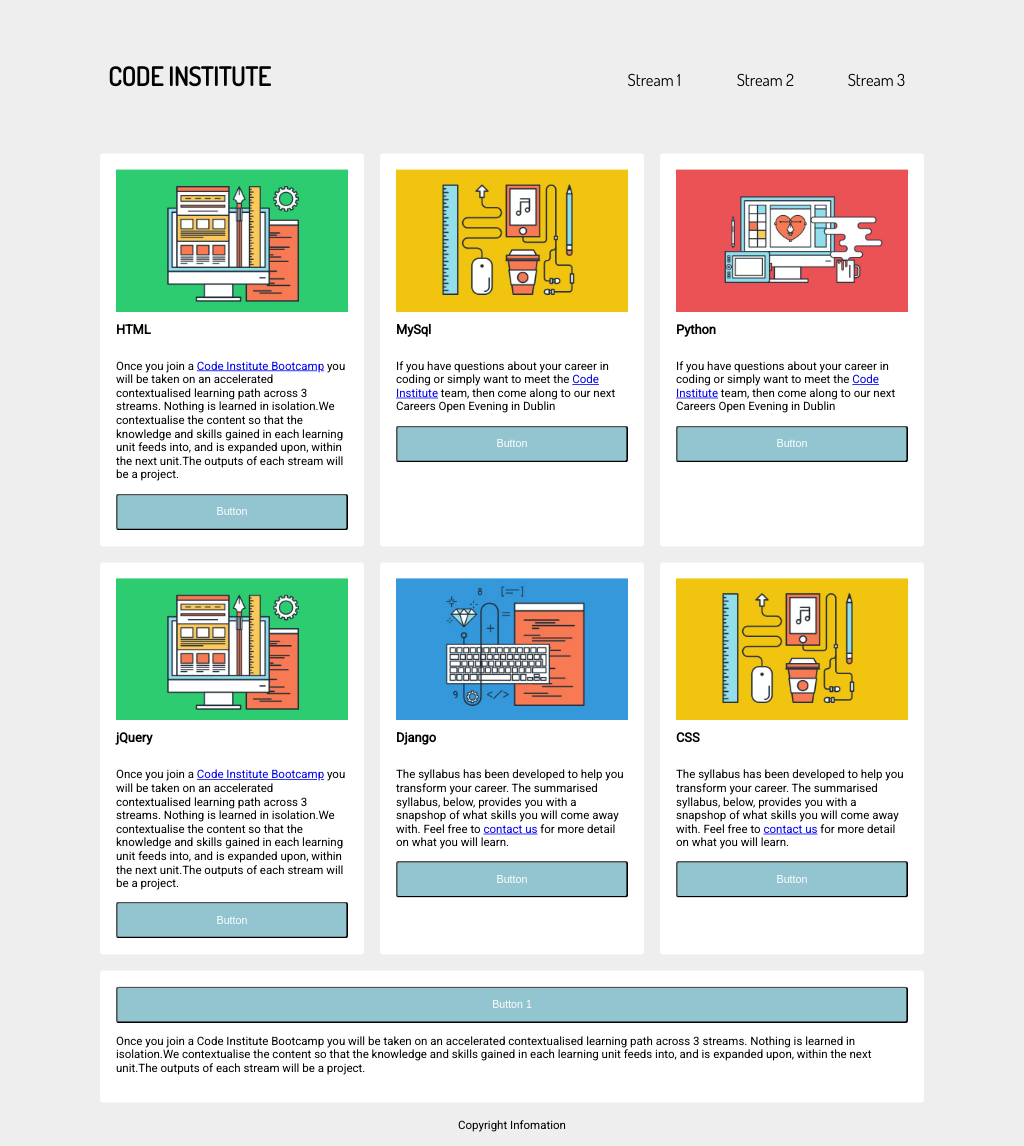
Repository: loosenthedark/CI_jquery-events
Page: Cards-jquery.html
The author's editor kept a record of every edit. The page is drawn from the files as they stood at one moment, then again after the next edit.
The browser window is 1280 px wide. The pictures show the whole page, at 80% of full size.
Some web libraries are served in a nearby version.

Above is the page before.

After the next edit:
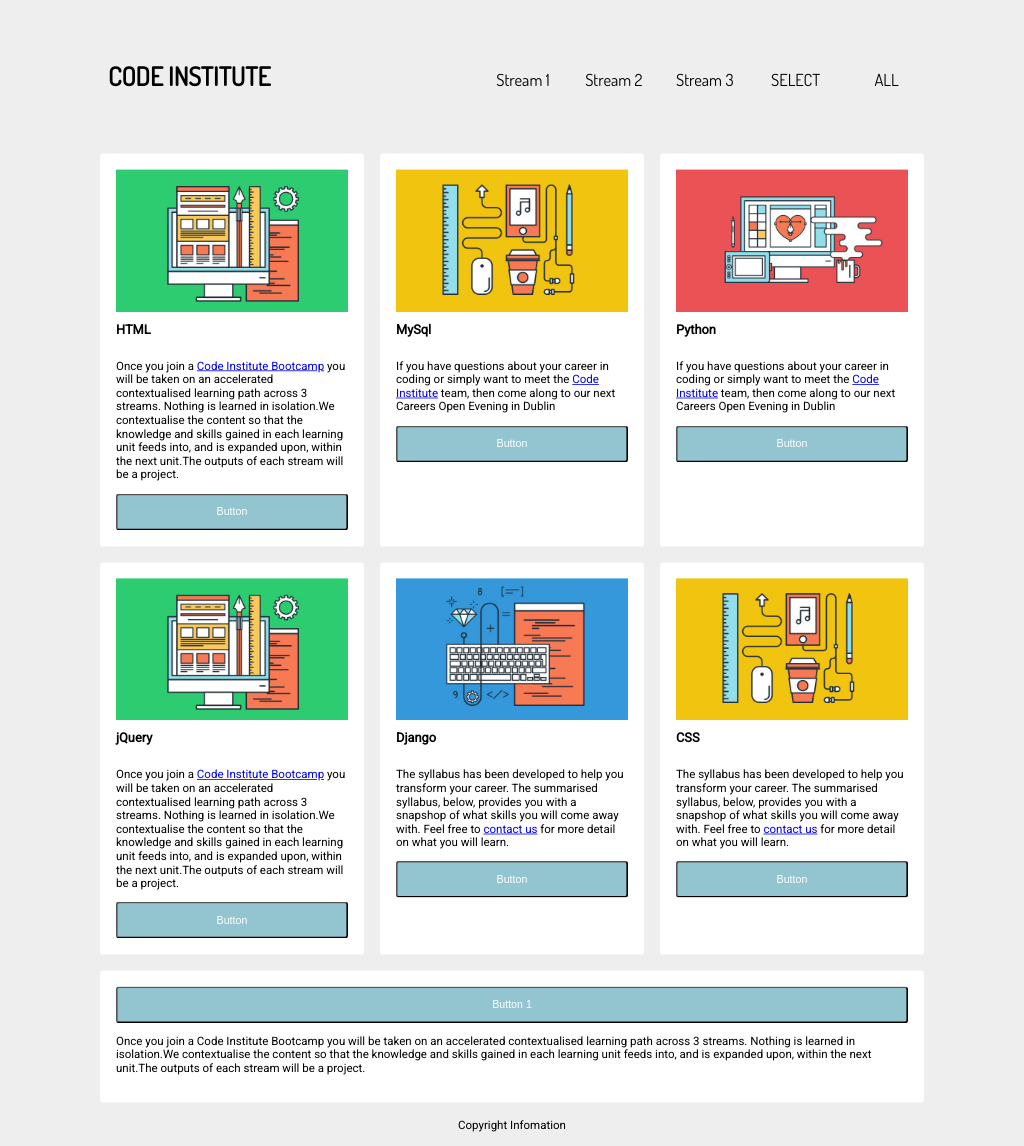
The edit:
--- a/Cards-jquery.html
+++ b/Cards-jquery.html
@@ -18,6 +18,8 @@
 				<li id="stream1" class="stream-nav">Stream 1</li>
 				<li id="stream2" class="stream-nav">Stream 2</li>
 				<li id="stream3" class="stream-nav">Stream 3</li>
+				<li id="select">SELECT</li>
+				<li id="all">ALL</li>
 			</ul>
 		</nav>
 		<div class="card stream1-card">
